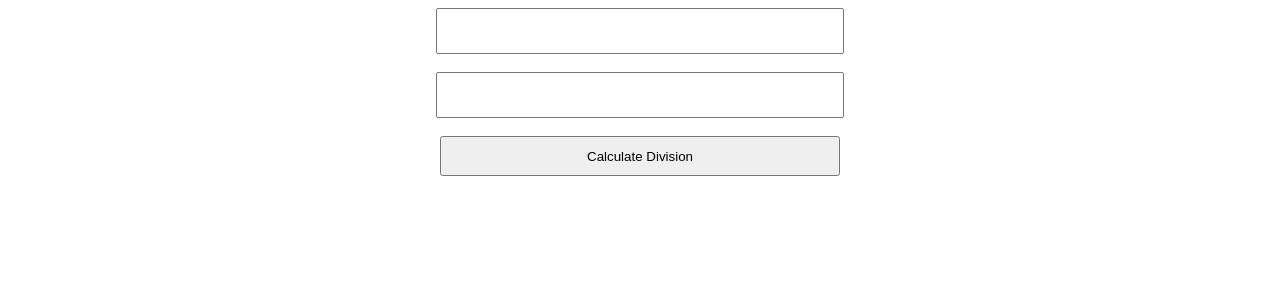
Repository: vaibhaokamble/MY_INSTITUTE_PUNE
Page: http://localhost/JSPApplication/division.jsp
The author's editor kept a copy of each file at every save. The page is drawn from the files as they stood at one save, then again after a run of saves.
The browser window is 1280 px wide. The pictures show the whole page.
The page is served by Tomcat 9.

Above is the page before, as saved 2022-10-18 15:22:40.

After the next 2 saves:
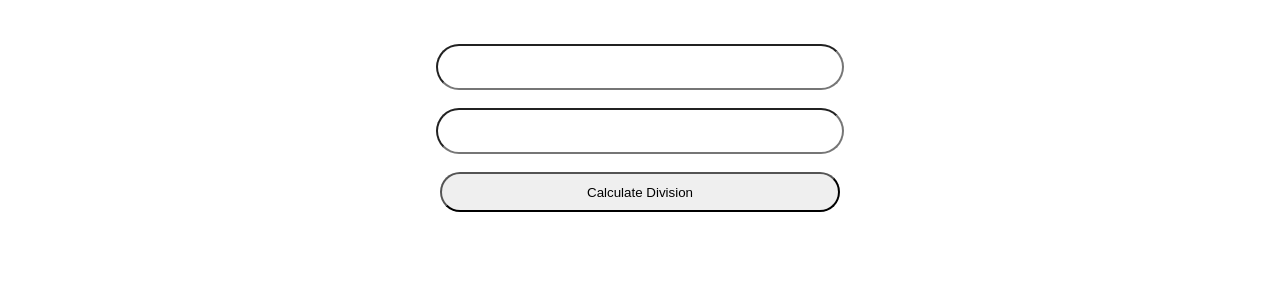
The 2 saves are shown as one change because 1 did not build or start.
The last was saved 27 min 14 s later.
--- a/JSP/JSPApplication/src/main/webapp/division.jsp
+++ b/JSP/JSPApplication/src/main/webapp/division.jsp
@@ -1,42 +1,35 @@
 <%@ page language="java" contentType="text/html; charset=UTF-8"
 	pageEncoding="UTF-8"%>
+<%@page isErrorPage="true" errorPage="error.jsp"%>
 <!DOCTYPE html>
 <html>
 <head>
-<meta charset="UTF-8">
+<meta charset="ISO-8859-1">
 <title>Insert title here</title>
 <style>
 input {
 	width: 400px;
 	height: 40px;
+	border-radius: 40px;
 }
 </style>
 </head>
 <body>
-<%@page isErrorPage="true" errorPage="error.jsp"%>
-
-<!-- Declaration -->
-	<center>
-	<form name='frm' action='' method='POST'>
+	<br>
+	<br>
+	<form name='frm' action='' method='POST' align='center'>
 		<input type='text' name='first' value='' /><br>
 		<br> <input type='text' name='second' value='' /><br>
-		<br> <input type='submit' name='s' value='Calculate Division' /><br>
-		<br>
+		<br> <input type='submit' name='s' value='Calculate Division' />
 	</form>
-	</center>
-
-
-		<!-- ScriptLet -->
 	<%
-	  String btn=request.getParameter("s");
-	   if(btn!=null) //meaning is check button is click or not
-	   {
-		  String f=request.getParameter("first");
-		  String s=request.getParameter("second");
-		  int result=Integer.parseInt(f)/Integer.parseInt(s);
-		  out.println("<h1>Division is "+result+"</h1>");
-	   }
+	String btn = request.getParameter("s");
+	if (btn != null) {
+		String f = request.getParameter("first");
+		String s = request.getParameter("Second");
+		int result = Integer.parseInt(f) / Integer.parseInt(s);
+		out.println("<h1>Division Is:" + result + "</h1>");
+	}
 	%>
-
 </body>
 </html>

After the save that followed:
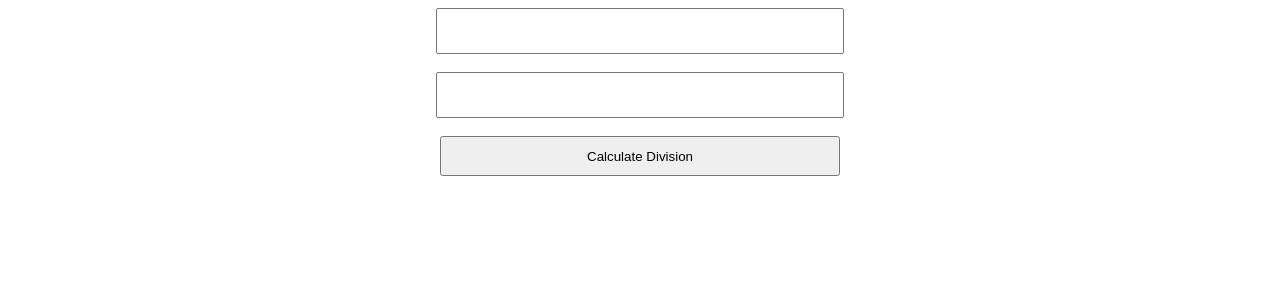
Saved 71 s later.
--- a/JSP/JSPApplication/src/main/webapp/division.jsp
+++ b/JSP/JSPApplication/src/main/webapp/division.jsp
@@ -1,35 +1,42 @@
 <%@ page language="java" contentType="text/html; charset=UTF-8"
 	pageEncoding="UTF-8"%>
-<%@page isErrorPage="true" errorPage="error.jsp"%>
 <!DOCTYPE html>
 <html>
 <head>
-<meta charset="ISO-8859-1">
+<meta charset="UTF-8">
 <title>Insert title here</title>
 <style>
 input {
 	width: 400px;
 	height: 40px;
-	border-radius: 40px;
 }
 </style>
 </head>
 <body>
-	<br>
-	<br>
-	<form name='frm' action='' method='POST' align='center'>
+<%@page isErrorPage="true" errorPage="error.jsp"%>
+
+<!-- Declaration -->
+	<center>
+	<form name='frm' action='' method='POST'>
 		<input type='text' name='first' value='' /><br>
 		<br> <input type='text' name='second' value='' /><br>
-		<br> <input type='submit' name='s' value='Calculate Division' />
+		<br> <input type='submit' name='s' value='Calculate Division' /><br>
+		<br>
 	</form>
+	</center>
+
+
+		<!-- ScriptLet -->
 	<%
-	String btn = request.getParameter("s");
-	if (btn != null) {
-		String f = request.getParameter("first");
-		String s = request.getParameter("Second");
-		int result = Integer.parseInt(f) / Integer.parseInt(s);
-		out.println("<h1>Division Is:" + result + "</h1>");
-	}
+	  String btn=request.getParameter("s");
+	   if(btn!=null) //meaning is check button is click or not
+	   {
+		  String f=request.getParameter("first");
+		  String s=request.getParameter("second");
+		  int result=Integer.parseInt(f)/Integer.parseInt(s);
+		  out.println("<h1>Division is "+result+"</h1>");
+	   }
 	%>
+
 </body>
 </html>
